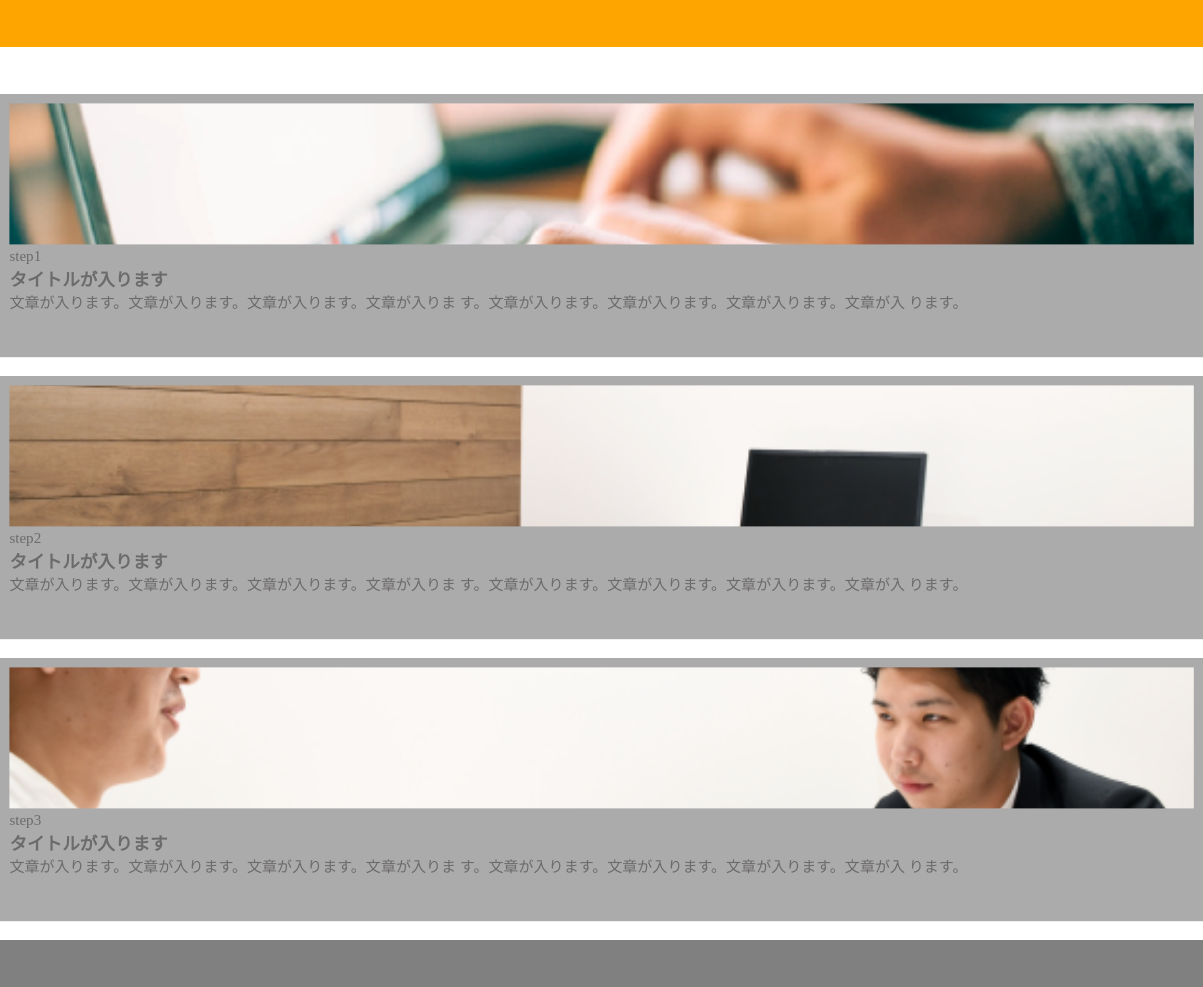
Repository: 220416/kadai1
Page: html/responsive.html
The author's editor kept a record of every edit. The page is drawn from the files as they stood at one moment, then again after the next edit.
The browser window is 1280 px wide. The pictures show the whole page, at 94% of full size.

Above is the page before.

After the next edit:
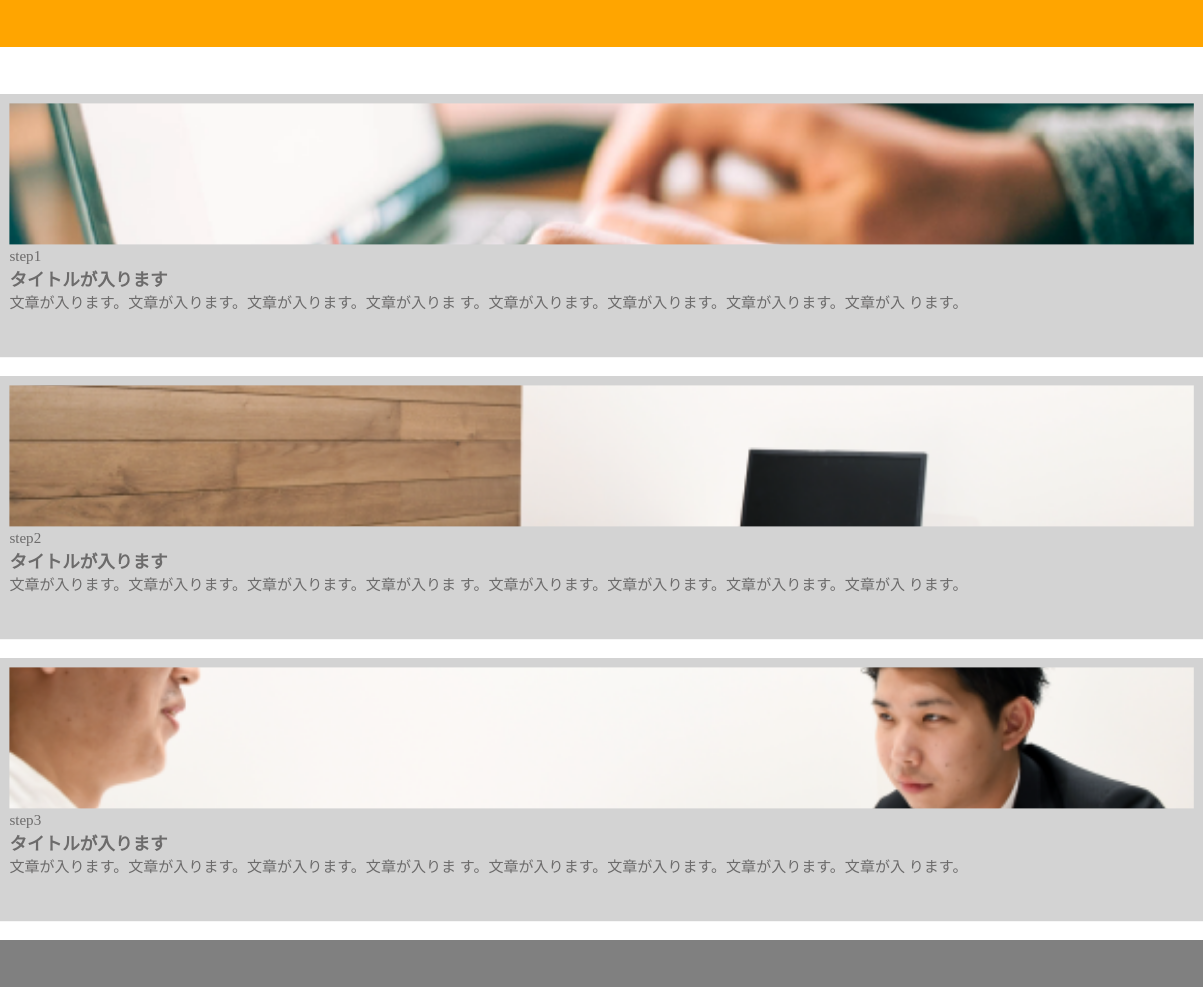
The edit:
--- a/html/responsive.css
+++ b/html/responsive.css
@@ -35,7 +35,7 @@
   width: 100%;
   padding:10px 10px;
   margin-bottom: 20px;
-  background-color:#acabab;
+  background-color:#d3d3d3;
 }
 
 .main-visual-text{
